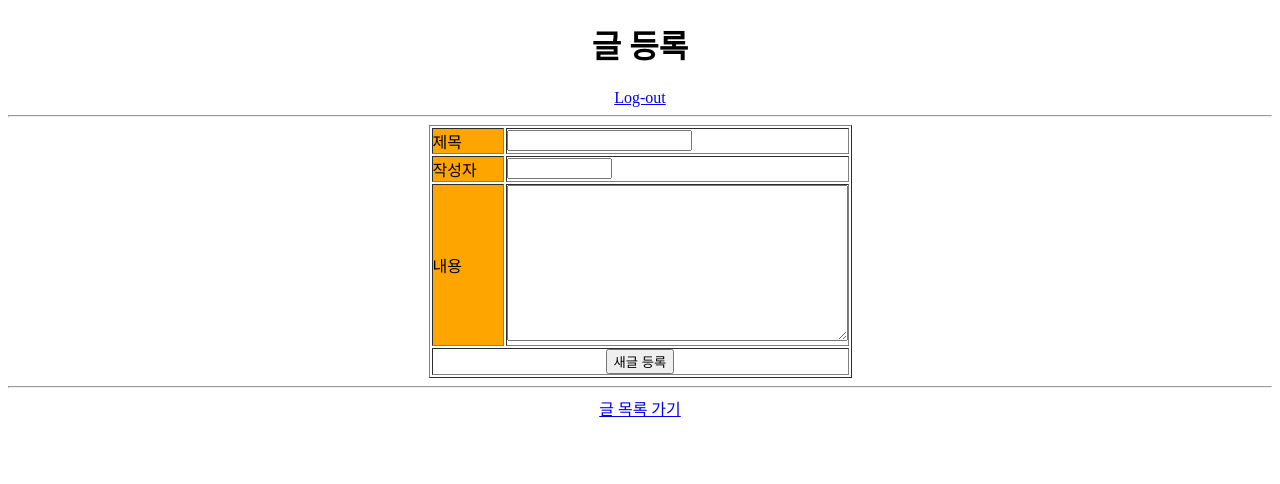
Repository: yeeeeeeer/Spring
Page: http://localhost/BoardWeb/insertBoard.jsp
An editor plug-in stored every save of this project. The page is shown before and after the next save, followed by the edit.
The browser window is 1280 px wide. The pictures show the whole page.
The page is served by Tomcat 9. Nobody is signed in. The application's start-up code is not run. Other server files are loaded and not shown.

Above is the page before, as saved 2024-07-16 03:08:33.

### BoardWeb/src/main/webapp/insertBoard.jsp
<%@ page language="java" contentType="text/html; charset=UTF-8"
    pageEncoding="UTF-8"%>
<!DOCTYPE html>
<html>
<head>
<meta charset="UTF-8">
<title>새글 등록</title>
</head>
<body>
<center>
		<h1>글 등록</h1>
		<a href="logout_proc.jsp">Log-out</a>
		<hr>
		<form action="insertBoard.do" method="post">
			<table border="1" cellpadding="0" cellsacing="0">

				<tr>
					<td bgcolor="orange" width="70">제목</td><td align="left">
					<input name="title" type="text" /></td>
				</tr>

				<tr>
					<td bgcolor="orange">작성자</td> <td align="left">
					<input name="writer" type="text" size="10" /></td>
				</tr>

				<tr>
					<td bgcolor="orange">내용</td><td align="left">
					<textarea name="content" cols="40" rows="10"></textarea></td>
				</tr>

				<tr>
					<td colspan="2" align="center">
					<input type="submit" value="새글 등록" /></td>
				</tr>
			</table>
		</form>
		<hr>
		<a href="getBoardList.do">글 목록 가기</a>
	</center>
</body>
</html>

After the next save:
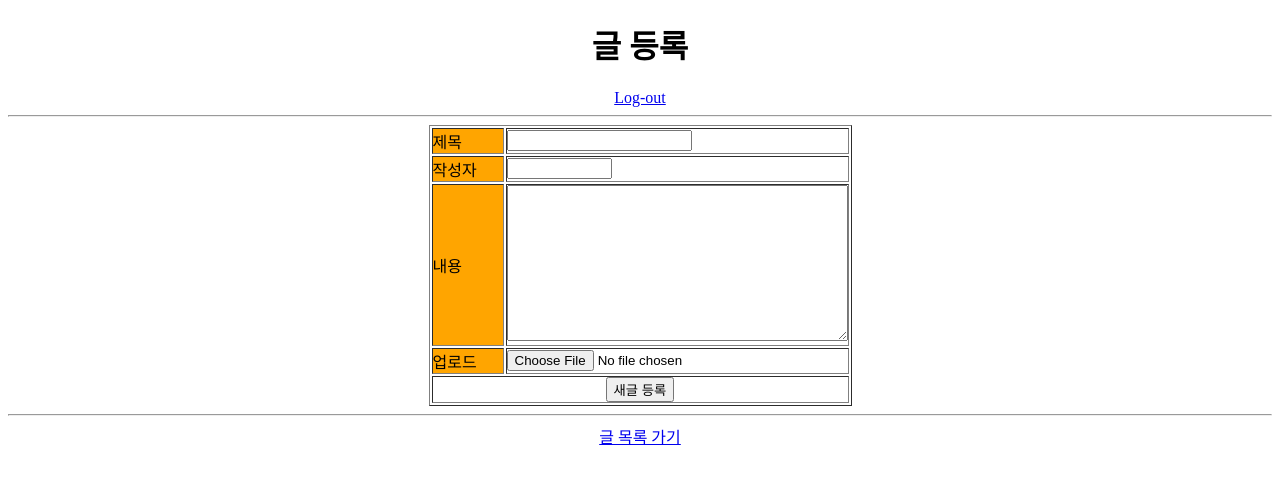
Saved 96 min 35 s later.
--- a/BoardWeb/src/main/webapp/insertBoard.jsp
+++ b/BoardWeb/src/main/webapp/insertBoard.jsp
@@ -11,7 +11,7 @@
 		<h1>글 등록</h1>
 		<a href="logout_proc.jsp">Log-out</a>
 		<hr>
-		<form action="insertBoard.do" method="post">
+		<form action="insertBoard.do" method="post" enctype="multipart/form-data">
 			<table border="1" cellpadding="0" cellsacing="0">
 
 				<tr>
@@ -30,6 +30,11 @@
 				</tr>
 
 				<tr>
+					<td bgcolor="orange" width="70">업로드</td><td align="left">
+					<input type="file" name="uploadFile" /></td>
+				</tr>
+
+				<tr>
 					<td colspan="2" align="center">
 					<input type="submit" value="새글 등록" /></td>
 				</tr>
